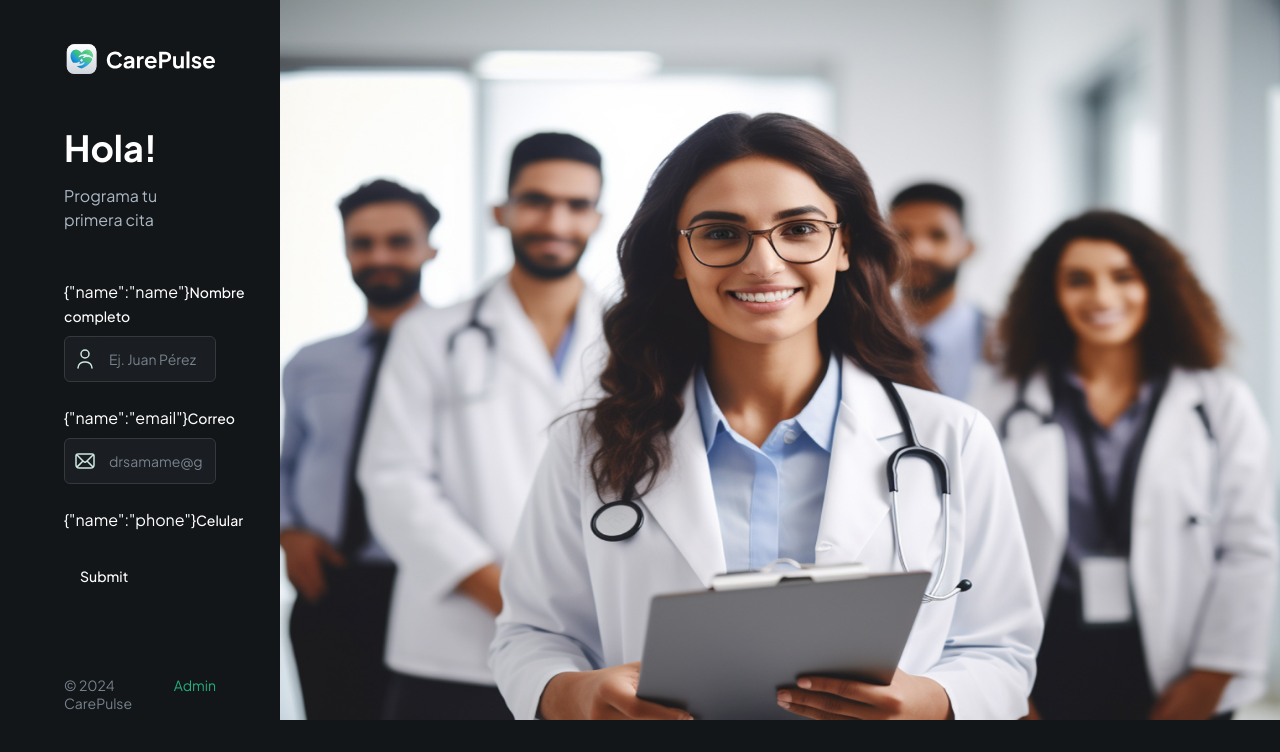
Repository: drsamame/healtcare
Page: /
The author's editor kept a copy of each file at every save. The page is drawn from the files as they stood at one save, then again after the next save.
The browser window is 1280 px wide. The pictures show the whole page.
The project was rebuilt for these pictures with package versions that can differ from the ones it lists, and the page was loaded fresh each time. The framework's server and built-in components were replaced by stand-ins that run in the browser. Also part of the build but not shown: next.config.mjs.

Above is the page before, as saved 2024-07-09 16:41:29.

After the next save:
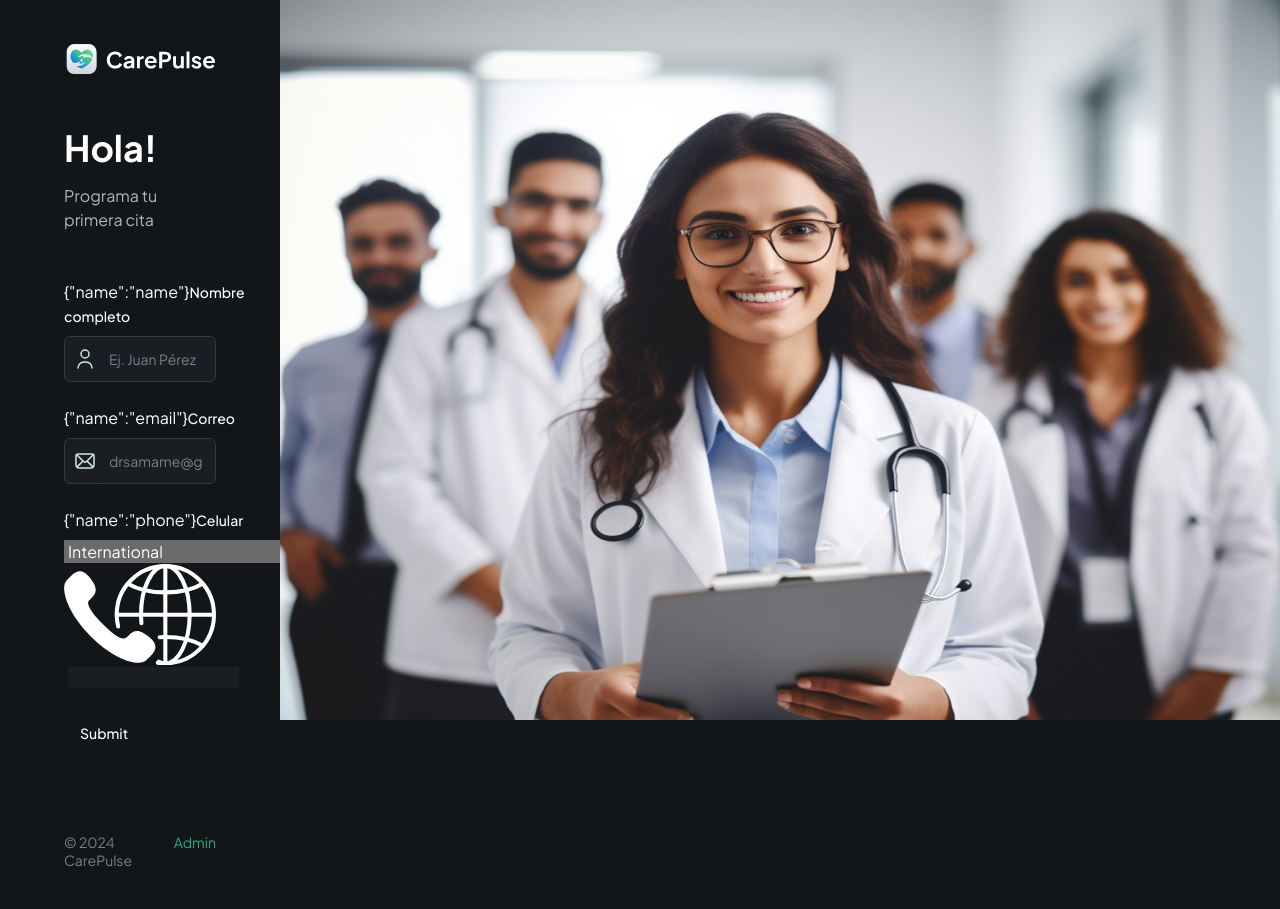
Saved 39 s later.
--- a/components/CustomFormField.tsx
+++ b/components/CustomFormField.tsx
@@ -58,7 +58,7 @@ const RenderField = ({ field, props }: { field: any; props: Props }) => {
         case FormFieldType.PHONE:
             return (
                 <FormControl>
-                    Phone
+                    <PhoneInput />
                 </FormControl>
             )
 		default:
